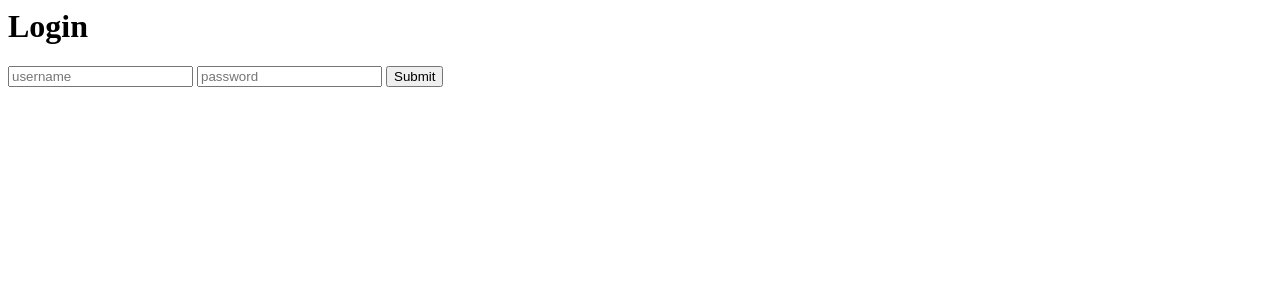
Repository: demioke/web-development-bootcamp
Page: http://localhost/login
The author's editor kept a record of every edit. The page is drawn from the files as they stood at one moment, then again after the next edit.
The browser window is 1280 px wide. The pictures show the whole page.
The page is served by the project's Node server (Authentication/AuthDemo/app.js).

Above is the page before.

After the next edit:
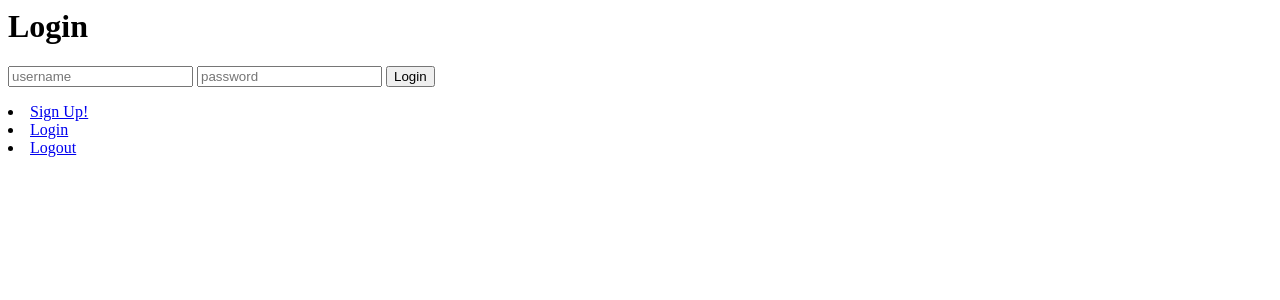
The edit:
--- a/Authentication/AuthDemo/views/login.ejs
+++ b/Authentication/AuthDemo/views/login.ejs
@@ -3,5 +3,10 @@
 <form action="/login" method="POST">
     <input type="text" name="username" placeholder="username">
     <input type="password" name="password" placeholder="password">
-    <button>Submit</button>
+    <button>Login</button>
 </form>
+
+
+<li><a href="/register">Sign Up!</a></li>
+<li><a href="/login">Login</a></li>
+<li><a href="/logout">Logout</a></li>
